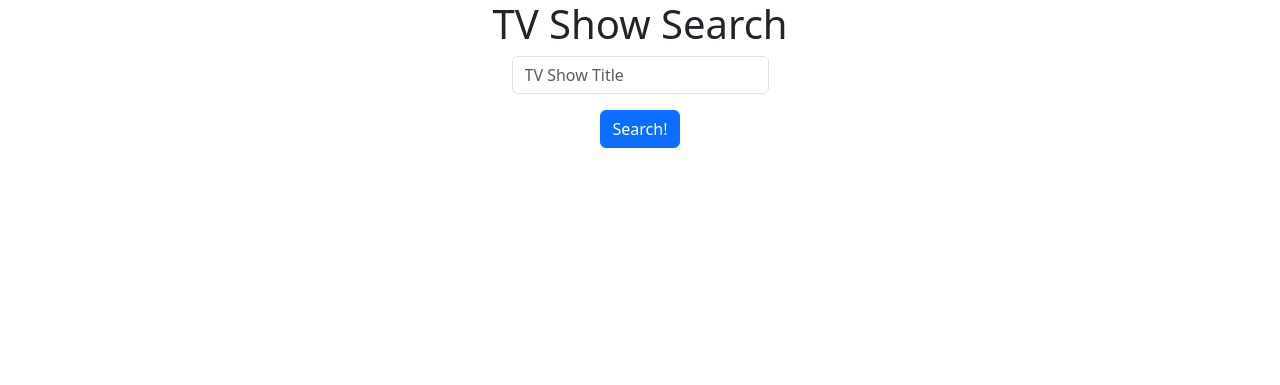
Repository: danieltikamori/wdb
Page: projects/TV-Show-search-app/index.html
The author's editor kept a copy of each file at every save. The page is drawn from the files as they stood at one save, then again after the next save.
The browser window is 1280 px wide. The pictures show the whole page.
Some web libraries are served in a nearby version.

Above is the page before, as saved 2023-01-28 18:19:07.
Console error: TypeError: Cannot read properties of null (reading 'querySelector')

### projects/TV-Show-search-app/index.html
<!DOCTYPE html>
<html lang="en">
  <head>
    <meta charset="UTF-8" />
    <meta http-equiv="X-UA-Compatible" content="IE=edge" />
    <meta name="viewport" content="width=device-width, initial-scale=1.0" />
    <title>TV Show Search App</title>
    <link
      href="https://cdn.jsdelivr.net/npm/bootstrap@5.3.0-alpha1/dist/css/bootstrap.min.css"
      rel="stylesheet"
      integrity="sha384-GLhlTQ8iRABdZLl6O3oVMWSktQOp6b7In1Zl3/Jr59b6EGGoI1aFkw7cmDA6j6gD"
      crossorigin="anonymous"
    />
  </head>
  <body>
    <div class="container text-center">
      <h1>TV Show Search</h1>
      <div class="btn-group" class="form-floating container">
        <form action="" id="searchForm">
          <input
            type="text"
            name="query"
            id=""
            placeholder="TV Show Title"
            class="form-control"
          />
          <button class="btn btn-primary m-3">Search!</button>
        </form>
      </div>
    </div>

    <script
      src="https://cdn.jsdelivr.net/npm/bootstrap@5.3.0-alpha1/dist/js/bootstrap.bundle.min.js"
      integrity="sha384-w76AqPfDkMBDXo30jS1Sgez6pr3x5MlQ1ZAGC+nuZB+EYdgRZgiwxhTBTkF7CXvN"
      crossorigin="anonymous"
    ></script>
    <script src="https://cdn.jsdelivr.net/npm/axios@1.1.2/dist/axios.min.js"></script>
    <script src="app.js"></script>
  </body>
</html>

### projects/TV-Show-search-app/app.js
const form = document.querySelector("#searchForm");
form.addEventListener("submit", async function (e) {
  e.preventDefault();
  const searchTerm = form.elements.query.value;
  const configParams = { params: {q: searchTerm} };
  const queryResult = await axios.get(
    `https://api.tvmaze.com/search/shows`, configParams
  );
  displaytvshowImg(queryResult.data);
  form.elements.query.value = '';
});

const displaytvshowImg = (shows) => {
  for (let showResult of shows) {
    if (showResult.show.image) {
      const tvshowImg = document.createElement("IMG");
      tvshowImg.src = showResult.show.image.medium;
      document.body.append(tvshowImg);
    }
  }
};

//Dark mode, auto mode
(() => {
  'use strict'

  const storedTheme = localStorage.getItem('theme')

  const getPreferredTheme = () => {
    if (storedTheme) {
      return storedTheme
    }

    return window.matchMedia('(prefers-color-scheme: dark)').matches ? 'dark' : 'light'
  }

  const setTheme = function (theme) {
    if (theme === 'auto' && window.matchMedia('(prefers-color-scheme: dark)').matches) {
      document.documentElement.setAttribute('data-bs-theme', 'dark')
    } else {
      document.documentElement.setAttribute('data-bs-theme', theme)
    }
  }

  setTheme(getPreferredTheme())

  const showActiveTheme = theme => {
    const activeThemeIcon = document.querySelector('.theme-icon-active use')
    const btnToActive = document.querySelector(`[data-bs-theme-value="${theme}"]`)
    const svgOfActiveBtn = btnToActive.querySelector('svg use').getAttribute('href')

    document.querySelectorAll('[data-bs-theme-value]').forEach(element => {
      element.classList.remove('active')
    })

    btnToActive.classList.add('active')
    activeThemeIcon.setAttribute('href', svgOfActiveBtn)
  }

  window.matchMedia('(prefers-color-scheme: dark)').addEventListener('change', () => {
    if (storedTheme !== 'light' || storedTheme !== 'dark') {
      setTheme(getPreferredTheme())
    }
  })

  window.addEventListener('DOMContentLoaded', () => {
    showActiveTheme(getPreferredTheme())

    document.querySelectorAll('[data-bs-theme-value]')
      .forEach(toggle => {
        toggle.addEventListener('click', () => {
          const theme = toggle.getAttribute('data-bs-theme-value')
          localStorage.setItem('theme', theme)
          setTheme(theme)
          showActiveTheme(theme)
        })
      })
  })
})()

After the next save:
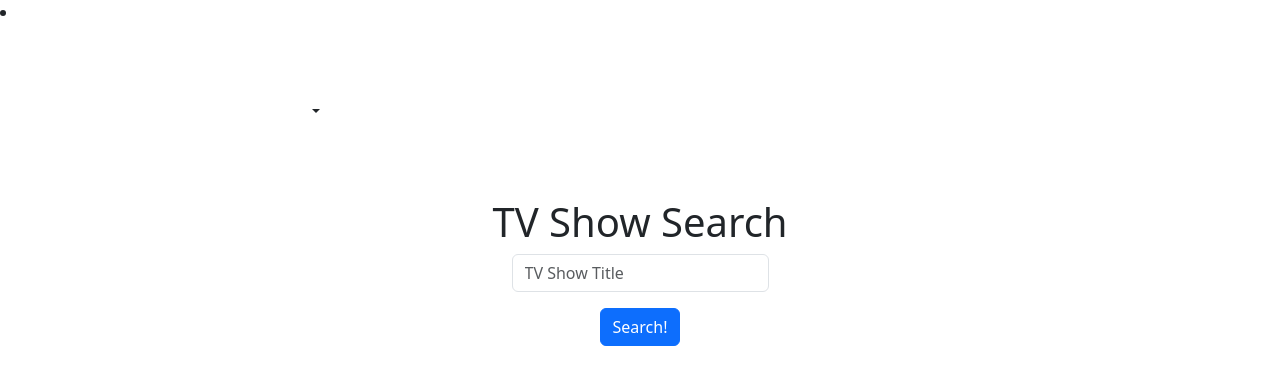
The error is gone.
Saved 3 h 29 min later.
--- a/projects/TV-Show-search-app/index.html
+++ b/projects/TV-Show-search-app/index.html
@@ -13,6 +13,35 @@
     />
   </head>
   <body>
+    <li class="nav-item dropdown">
+      <button class="btn btn-link nav-link py-2 px-0 px-lg-2 dropdown-toggle d-flex align-items-center" id="bd-theme" type="button" aria-expanded="false" data-bs-toggle="dropdown" data-bs-display="static">
+        <svg class="bi my-1 theme-icon-active"><use href="#sun-fill"></use></svg>
+        <span class="d-lg-none ms-2">Toggle theme</span>
+      </button>
+      <ul class="dropdown-menu dropdown-menu-end" aria-labelledby="bd-theme" style="--bs-dropdown-min-width: 8rem;">
+        <li>
+          <button type="button" class="dropdown-item d-flex align-items-center active" data-bs-theme-value="light">
+            <svg class="bi me-2 opacity-50 theme-icon"><use href="#sun-fill"></use></svg>
+            Light
+            <svg class="bi ms-auto d-none"><use href="#check2"></use></svg>
+          </button>
+        </li>
+        <li>
+          <button type="button" class="dropdown-item d-flex align-items-center" data-bs-theme-value="dark">
+            <svg class="bi me-2 opacity-50 theme-icon"><use href="#moon-stars-fill"></use></svg>
+            Dark
+            <svg class="bi ms-auto d-none"><use href="#check2"></use></svg>
+          </button>
+        </li>
+        <li>
+          <button type="button" class="dropdown-item d-flex align-items-center" data-bs-theme-value="auto">
+            <svg class="bi me-2 opacity-50 theme-icon"><use href="#circle-half"></use></svg>
+            Auto
+            <svg class="bi ms-auto d-none"><use href="#check2"></use></svg>
+          </button>
+        </li>
+      </ul>
+    </li>
     <div class="container text-center">
       <h1>TV Show Search</h1>
       <div class="btn-group" class="form-floating container">
